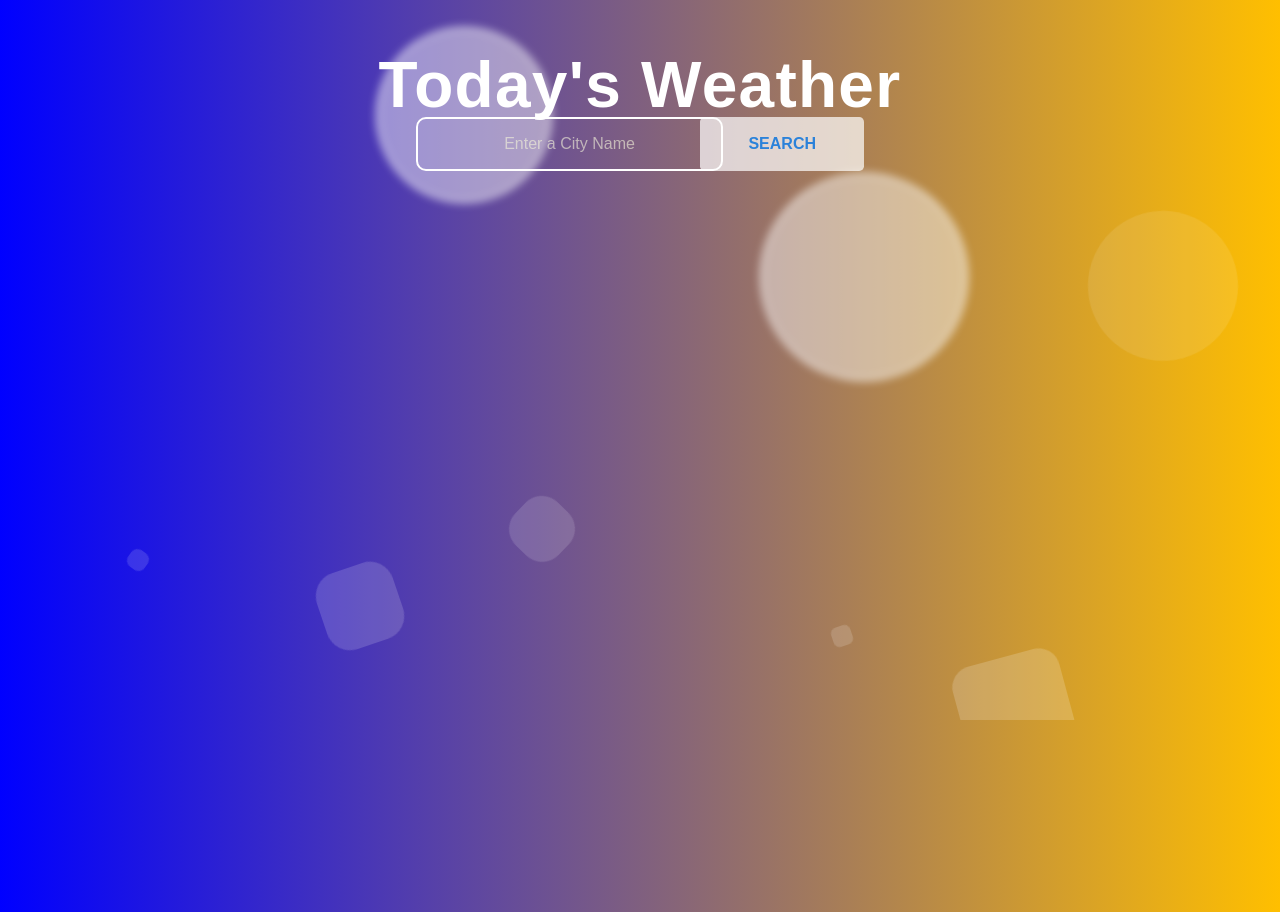
Repository: KayceeNguyen/bubleweather-app
Page: /
These files come from the project's save history. The page is drawn as it stood at one moment and after the next save; the edit follows.
The browser window is 1280 px wide. The pictures show the whole page.
The project was rebuilt for these pictures with package versions that can differ from the ones it lists, and the page was loaded fresh each time. The framework's server and built-in components were replaced by stand-ins that run in the browser. Also part of the build but not shown: next.config.js.

Above is the page before, as saved 2023-01-19 22:13:27.

### pages/index.js
import Head from 'next/head'
import Image from 'next/image'
import { Inter } from '@next/font/google'
import styles from '@/styles/Home.module.css'
import { useEffect, useState } from 'react'
import axios from 'axios'
import { setMaxListeners } from 'events'


const inter = Inter({ subsets: ['latin'] })

export default function Home() {

  const [location, setLocation] = useState('');
  const [data, setData] = useState({});
  const [weather, setWeather] = useState();
  const [wind, setWind] = useState('');
  const [errorMessage, setErrorMessage] = useState('');
  const [icon, setIcon] = useState('');
  const [country, setCountry] = useState('');

  var apiKey = "cb4b1c2b79a0feff2e826ee78981c467"
  var lang = "en";
  var units = "metric";
  const url = `https://api.openweathermap.org/data/2.5/weather?q=${location}&units=${units}&appid=${apiKey}&lang=${lang}`

  // const iconApi = await fetch('http://openweathermap.org/img/w/' + iconName + '.png')
  //           this.setState({
  //               icon : iconApi.url
  //           })

  // const imageUrl = `https://api.openweathermap.org/img/weather?q=${data.weather.icon}`

  console.log(url);

  const searchLocation = (event) => {
    if(event.key === "Enter") {
      axios.get(url)
      .then((response) => {

        console.clear();
        setData(response.data)
        console.log(response.data);
        setWeather(response.data.weather);
        setMaxListeners(response.data.main)
        setWind(response.data.wind);
        setIcon(response.data.icon);
        setCountry(response.data.country)
        setErrorMessage("")

      }).catch(err => {

        console.log(err);
        setErrorMessage("Please enter another location");
        setData({});
        setWeather({});
        setIcon();
        setWind();
        setCountry();

      })

      setLocation('')
    }


  }

  return (
    <>
      <Head>
        <title>Bubble Weather App</title>
        <meta name="description" content="Generated by create next app" />
        <meta name="viewport" content="width=device-width, initial-scale=1" />
        <link rel="icon" href="/cloudy.ico" />
      </Head>
      <main className={styles.main}>

          <div className={styles.area} >
            <ul className={styles.circles}>
                    <li></li>
                    <li></li>
                    <li></li>
                    <li></li>
                    <li></li>
                    <li></li>
                    <li></li>
                    <li></li>
                    <li></li>
                    <li></li>
            </ul>
          </div >

        <h1 className={styles.header}>Today's Weather</h1>

        <div className={styles.wrapper}>
                <div className={styles.shape1}></div>
                <div className={styles.shape2}></div>

          <div className={styles.searchContainer}>
            <input id={styles.input}

              value={location}
              onChange={event => setLocation(event.target.value)}
              placeholder ="Enter a City Name"
              onKeyDown={searchLocation}
              type="text"

            />

          <button className={styles.searchBtn}
            type="submit"
            onClick={searchLocation}

          >SEARCH</button>


          </div>





      </div>

        {
          weather && data.weather?.map((w, index) => {
            return (

                <div className={styles.container} key={index}>

                  <h2 className={styles.name}>{data.name}, {data.sys.country}</h2>

                  {/* <div className={styles.iconId}>{w.icon}</div> */}

                  <img className={styles.icon}
                    src={` http://openweathermap.org/img/wn/${w.icon}@2x.png`}
                  />

                  <br/>
                  <br/>
                  <br/>

                  <div className={styles.temp}>{data.main.temp}&#176;C</div>
                  <div className={styles.feelLike}>Feel Like: {data.main.feels_like}&#176;C</div>
                  <br/>



                  <div className={styles.desc}>
                    <div>{w.description} | {w.main}</div>
                    {/* <div>{w.imgUrl}</div> */}
                  </div>

                  <br/>
                  <br/>

                  <div className={styles.tempContainer}>

                    <div className={styles.low}>
                        <h4 className={styles.tittle}>Lowest Temp</h4>
                        <h4 className={styles.tempMin}>{data.main.temp_min}&#176;C</h4>
                    </div>

                    <div className={styles.high}>
                        <h4 className={styles.tittle}>Highest Temp</h4>
                        <div className={styles.tempMax}>{data.main.temp_max}&#176;C</div>
                    </div>

                  </div>

                  <br/>
                  <br/>


                    <div className={styles.wind}>
                        <h4 className={styles.tittle}>Wind gust</h4>
                        <div className={styles.windNum}>{data.wind.gust} m/s</div>
                      </div>


                </div>


            )
          })
        }





      </main>
    </>
  )
}

### styles/Home.module.css
.main {
  display: flex;
  flex-direction: column;
  justify-content: space-between;
  align-items: center;
  padding: 6rem;
  min-height: 100vh;
  font-family: Arial, Helvetica, sans-serif;
  color: white;
}

.description {
  display: inherit;
  justify-content: inherit;
  align-items: inherit;
  font-size: 0.85rem;
  max-width: var(--max-width);
  width: 100%;
  z-index: 2;
  font-family: var(--font-mono);
}

.description a {
  display: flex;
  justify-content: center;
  align-items: center;
  gap: 0.5rem;
}

.description p {
  position: relative;
  margin: 0;
  padding: 1rem;
  background-color: rgba(var(--callout-rgb), 0.5);
  border: 1px solid rgba(var(--callout-border-rgb), 0.3);
  border-radius: var(--border-radius);
}

.code {
  font-weight: 700;
  font-family: var(--font-mono);
}

.grid {
  display: grid;
  grid-template-columns: repeat(4, minmax(25%, auto));
  width: var(--max-width);
  max-width: 100%;
}

.card {
  padding: 1rem 1.2rem;
  border-radius: var(--border-radius);
  background: rgba(var(--card-rgb), 0);
  border: 1px solid rgba(var(--card-border-rgb), 0);
  transition: background 200ms, border 200ms;
}

.card span {
  display: inline-block;
  transition: transform 200ms;
}

.card h2 {
  font-weight: 600;
  margin-bottom: 0.7rem;
}

.card p {
  margin: 0;
  opacity: 0.6;
  font-size: 0.9rem;
  line-height: 1.5;
  max-width: 30ch;
}

.center {
  display: flex;
  justify-content: center;
  align-items: center;
  position: relative;
  padding: 4rem 0;
}

.center::before {
  background: var(--secondary-glow);
  border-radius: 50%;
  width: 480px;
  height: 360px;
  margin-left: -400px;
}

.center::after {
  background: var(--primary-glow);
  width: 240px;
  height: 180px;
  z-index: -1;
}

.center::before,
.center::after {
  content: '';
  left: 50%;
  position: absolute;
  filter: blur(45px);
  transform: translateZ(0);
}

.logo,
.thirteen {
  position: relative;
}

.thirteen {
  display: flex;
  justify-content: center;
  align-items: center;
  width: 75px;
  height: 75px;
  padding: 25px 10px;
  margin-left: 16px;
  transform: translateZ(0);
  border-radius: var(--border-radius);
  overflow: hidden;
  box-shadow: 0px 2px 8px -1px #0000001a;
}

.thirteen::before,
.thirteen::after {
  content: '';
  position: absolute;
  z-index: -1;
}

/* Conic Gradient Animation */
.thirteen::before {
  animation: 6s rotate linear infinite;
  width: 200%;
  height: 200%;
  background: var(--tile-border);
}

/* Inner Square */
.thirteen::after {
  inset: 0;
  padding: 1px;
  border-radius: var(--border-radius);
  background: linear-gradient(
    to bottom right,
    rgba(var(--tile-start-rgb), 1),
    rgba(var(--tile-end-rgb), 1)
  );
  background-clip: content-box;
}

/* Enable hover only on non-touch devices */
@media (hover: hover) and (pointer: fine) {
  .card:hover {
    background: rgba(var(--card-rgb), 0.1);
    border: 1px solid rgba(var(--card-border-rgb), 0.15);
  }

  .card:hover span {
    transform: translateX(4px);
  }
}

@media (prefers-reduced-motion) {
  .thirteen::before {
    animation: none;
  }

  .card:hover span {
    transform: none;
  }
}

/* Mobile */
@media (max-width: 700px) {
  .content {
    padding: 4rem;
  }

  .grid {
    grid-template-columns: 1fr;
    margin-bottom: 120px;
    max-width: 320px;
    text-align: center;
  }

  .card {
    padding: 1rem 2.5rem;
  }

  .card h2 {
    margin-bottom: 0.5rem;
  }

  .center {
    padding: 8rem 0 6rem;
  }

  .center::before {
    transform: none;
    height: 300px;
  }

  .description {
    font-size: 0.8rem;
  }

  .description a {
    padding: 1rem;
  }

  .description p,
  .description div {
    display: flex;
    justify-content: center;
    position: fixed;
    width: 100%;
  }

  .description p {
    align-items: center;
    inset: 0 0 auto;
    padding: 2rem 1rem 1.4rem;
    border-radius: 0;
    border: none;
    border-bottom: 1px solid rgba(var(--callout-border-rgb), 0.25);
    background: linear-gradient(
      to bottom,
      rgba(var(--background-start-rgb), 1),
      rgba(var(--callout-rgb), 0.5)
    );
    background-clip: padding-box;
    backdrop-filter: blur(24px);
  }

  .description div {
    align-items: flex-end;
    pointer-events: none;
    inset: auto 0 0;
    padding: 2rem;
    height: 200px;
    background: linear-gradient(
      to bottom,
      transparent 0%,
      rgb(var(--background-end-rgb)) 40%
    );
    z-index: 1;
  }
}

/* Tablet and Smaller Desktop */
@media (min-width: 701px) and (max-width: 1120px) {
  .grid {
    grid-template-columns: repeat(2, 50%);
  }
}

@media (prefers-color-scheme: dark) {
  .vercelLogo {
    filter: invert(1);
  }

  .logo,
  .thirteen img {
    filter: invert(1) drop-shadow(0 0 0.3rem #ffffff70);
  }
}

@keyframes rotate {
  from {
    transform: rotate(360deg);
  }
  to {
    transform: rotate(0deg);
  }
}

/****************GRADIENT BACKGROUND****************/

.main {
  /* height: 100vw; */
  background: linear-gradient(to right, #ffbf00, #00f); /* Set the initial gradient */
  background-size: 200% 100%; /* Increase the size of the gradient */
  animation: gradient 15s ease infinite; /* Animate the gradient */
}

@keyframes gradient {
  0% {
    background-position: 0% 50%; /* Set the starting position of the gradient */
  }
  50% {
    background-position: 100% 50%; /* Shift the gradient to the right */
  }
  100% {
    background-position: 0% 50%; /* Shift the gradient back to the left */
  }
}

/* Change the colors of the gradient as the cursor moves */
.main:hover {
  background: linear-gradient(to right, #00f, #ffbf00);
}

.header {
  font-weight: bold;
  font-size: 4rem;
  letter-spacing: 0.02em;
  padding: 0 0 30px 0;
  position: absolute;
  top: 3rem;
}

.wrapper {
  font-size: 16px;
  width: 100vw;
  max-width: 28em;
  position: absolute;
  transform: translate(-50%, -50%);
  top: 20%;
  left: 50%;
}

.shape, .shape1, .shape2 {
  position: absolute;
  background-color: hsl(0, 0%, 100%, 45%);
  filter: blur(4px);
  border: 2px solid hsl(0, 0%, 100%, 80%);
  border-radius: 50%;
}


.shape1 {
  height: 13em;
  width: 13em;
  right: -6.5em;
  top: 1.8em;
}

.shape2 {
  height: 11em;
  width: 11em;
  bottom: -3.7em;
  left: -2.5em;
}

.searchContainer {
  display: flex;
  align-items: center;
}

#input {
  font-size: 1em;
  font-family: Arial, Helvetica, sans-serif;
  margin: auto;
  position: absolute;
  display: inline-block;
  text-align: center;
  align-items: center;
  padding-left: 3em;
  padding-right: 3em;
  padding-top: 1em;
  padding-bottom: 1em;

  background-color: transparent;
  border: 2px solid white;
  color: white;
  font-weight: 300;
  border-radius: 10px;
}

#input::placeholder {
  color: hsl(60, 56%, 91%, 0.6);
}

.searchBtn {
  outline: none;
  font-family: Arial, Helvetica, sans-serif;
  right: 0px;
  position: absolute;
  display: flex;
  text-align: center;
  align-items: center;
  justify-content: center;
  display: inline-block;
  font-size: 1em;
  border: none;

  padding-left: 3em;
  padding-right: 3em;
  padding-top: 1.1em;
  padding-bottom: 1.1em;

  color: hsl(210, 70%, 51%);
  background-color: hsl(0, 0%, 100%, 70%);
  border-radius: 0.3em;
  font-weight: 800;
}

.name {
  text-align: center;
  position: relative;
}

.container {
  position: absolute;
  top: 0;


  display: flex;
  flex-direction: column;
  justify-content: space-between;
  align-items: center;
  padding: 6rem;
  margin: 10rem;

  width: 100%;
  border-radius: 1em;
  text-align: center;

  background: hsl(0, 0%, 100%, 20%);
  backdrop-filter: blur(10px);
  padding: 3em 1.8em;
  border: 4px solid rgba(255, 255, 255, 0.7);
}

.desc {
  text-align: center;
  position: absolute;
  /* top: 12rem; */
}

.temp {
  font-size: 8em;
}

.tempContainer {
  display: flex;
  justify-content: center;
}

.tempContainer div {
  padding: 0.3em 1em;
}

.tempContainer div:first-child {
  border-right: 1px solid white;
}

.tempContainer .tittle {
  font-weight: 600;
  color: var(--white);
}

.tempContainer .temp {
  font-weight: 300;
  padding: 3em;
  color: var(--off-white);
}

.tempMin, .tempMax {
  font-weight: 100;
  padding: 5px;
  position: relative;
  display: inline-block;
  left: 0;

}

@media screen and (max-width: 450px) {
  .wrapper {
    font-size: 14px;
  }
}

/* .icon {
  padding-top: 2rem;
} */

.tittle {
  padding: 10px;
}

.area{
  background: -webkit-linear-gradient(to left, #C8102E, #446eac);
  width: 100vw;
  height:100vh;
}

.circles{
  position: absolute;
  top: 0;
  left: 0;
  width: 100%;
  height: 100%;
  overflow: hidden;
}

.circles li{
  position: absolute;
  display: block;
  list-style: none;
  width: 20px;
  height: 20px;
  background: rgba(255, 255, 255, 0.2);
  animation: animate 25s linear infinite;
  bottom: -150px;
}

.circles li:nth-child(1){
  left: 25%;
  width: 80px;
  height: 80px;
  animation-delay: 0s;
}


.circles li:nth-child(2){
  left: 10%;
  width: 20px;
  height: 20px;
  animation-delay: 2s;
  animation-duration: 12s;
}

.circles li:nth-child(3){
  left: 70%;
  width: 20px;
  height: 20px;
  animation-delay: 4s;
}

.circles li:nth-child(4){
  left: 40%;
  width: 60px;
  height: 60px;
  animation-delay: 0s;
  animation-duration: 18s;
}

.circles li:nth-child(5){
  left: 65%;
  width: 20px;
  height: 20px;
  animation-delay: 0s;
}

.circles li:nth-child(6){
  left: 75%;
  width: 110px;
  height: 110px;
  animation-delay: 3s;
}

.circles li:nth-child(7){
  left: 35%;
  width: 150px;
  height: 150px;
  animation-delay: 7s;
}

.circles li:nth-child(8){
  left: 50%;
  width: 25px;
  height: 25px;
  animation-delay: 15s;
  animation-duration: 45s;
}

.circles li:nth-child(9){
  left: 20%;
  width: 15px;
  height: 15px;
  animation-delay: 2s;
  animation-duration: 35s;
}

.circles li:nth-child(10){
  left: 85%;
  width: 150px;
  height: 150px;
  animation-delay: 0s;
  animation-duration: 11s;
}



@keyframes animate {

  0%{
      transform: translateY(0) rotate(0deg);
      opacity: 1;
      border-radius: 10%;
  }

  100%{
      transform: translateY(-1000px) rotate(720deg);
      opacity: 0;
      border-radius: 100%;
  }

}

Loaded but not shown: pages/_app.js (common file); pages/_document.js (common file); styles/globals.css (common file)

After the next save:
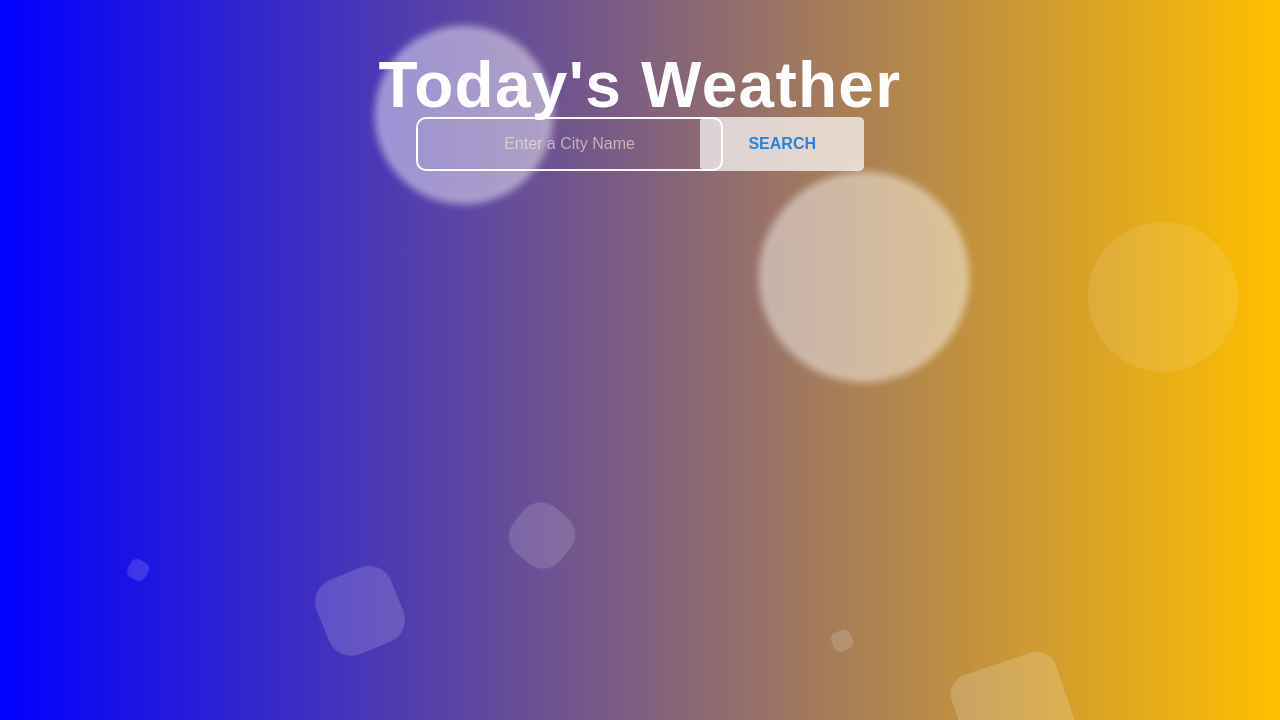
Saved 14 s later.
--- a/styles/Home.module.css
+++ b/styles/Home.module.css
@@ -487,7 +487,7 @@
 .area{
   background: -webkit-linear-gradient(to left, #C8102E, #446eac);
   width: 100vw;
-  height:100vh;
+  height:100%;
 }
 
 .circles{
